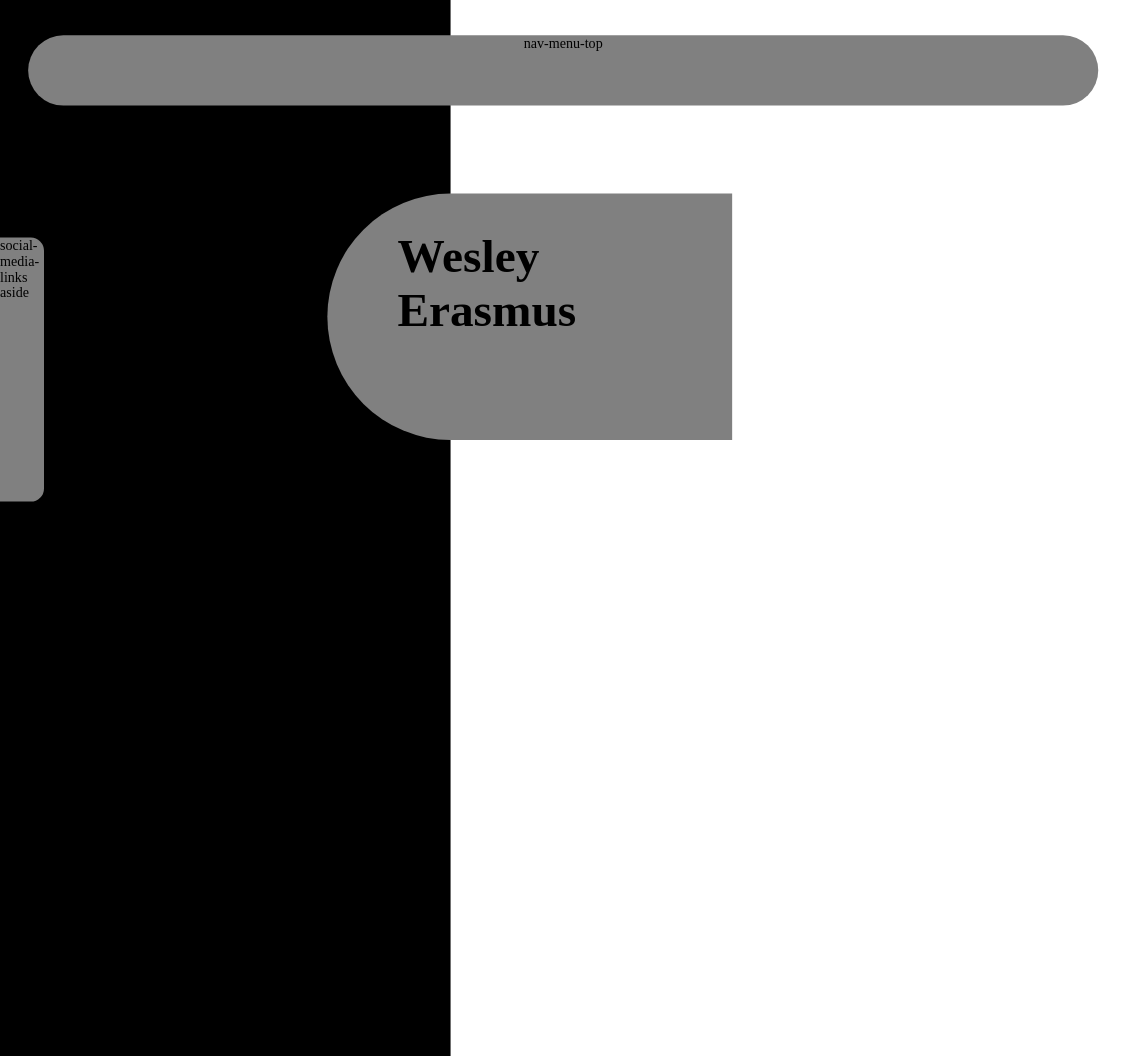
Repository: WesleyErasmus/MyDigitalResume-4
Page: index.html
These files come from the project's save history. The page is drawn as it stood at one moment and after the next save; the edit follows.
The browser window is 1280 px wide. The pictures show the whole page, at 88% of full size.

Above is the page before, as saved 2022-02-15 20:22:00.

### index.html
<!DOCTYPE html>
<html lang="en">
<head>
    <meta charset="UTF-8">
    <meta http-equiv="X-UA-Compatible" content="IE=edge">
    <meta name="viewport" content="width=device-width, initial-scale=1.0">
    <title>Wesley Erasmus Digital Resume 4 Project</title>
    <link rel="stylesheet" href="stylesheet.css">
</head>
<body>
    <!-- Landing page -->
    <header class="nav-menu-top">
        <!-- Name / Logo (jumbotron) / download CV / etc -->
        <p>nav-menu-top</p>
    </header>

    <aside class="self-portrait">
        <!-- creative image of myself -->
        <p>aside with large portrait image of myself</p>
    </aside>
    <nav class="social-media-links">
        <!-- side social media icons (float left / column direction) -->
        <p>social-media-links aside</p>
    </nav>
    <article>

        <h1 id="name">
            <span>
                Wesley
                <br>
                Erasmus
            </span>
        </h1>

        <!-- <span id="name">
            <h1>Wesley</h1>
            <h1>Erasmus</h1>
        </span> -->


        <!-- main bio; FED student / link to 2nd html page with CV content -->
        <div class="about-me">
            <p>about me</p>
        </div>
        <button class="next-page">
            next-page button
        </button>
    </article>


</body>
</html>

### stylesheet.css
* {
    margin: 0;
    padding: 0;
}
@media screen
  and (min-device-width: 1200px)
  and (max-device-width: 1600px)
  and (-webkit-min-device-pixel-ratio: 1) {
}

body {
/* position: relative; */
}
header.nav-menu-top {
    position: relative;
    z-index: 1;
    text-align: center;
    margin: 0 auto;
    width: 95%;
    height: 80px;
    border-radius: 50px;
    margin-top: 40px;
    background-color: grey;
}
aside.self-portrait {
    background-color: black;
    position: absolute;
    /* position: fixed; */
    top: 0;
    left: 0;
    height: 1200px;
    width: 40%;
}
nav.social-media-links {
    position: relative;
    height: 300px;
    width: 50px;
    float: left;
    top: 150px;
    left: 0px;
    background-color: grey;
    border-radius: 0 15px 15px 0;
}
h1#name {
background-color: grey;
margin: 0 auto;
width: 300px;
height: 200px;
margin: 0;
position: absolute;
top: 50%;
left: 47%;
-ms-transform: translate(-50%, -50%);
transform: translate(-50%, -50%);
padding: 40px 80px 40px 80px;
font-size: 4.2vw;
border-radius:150px 0 0 150px;
}

After the next save:
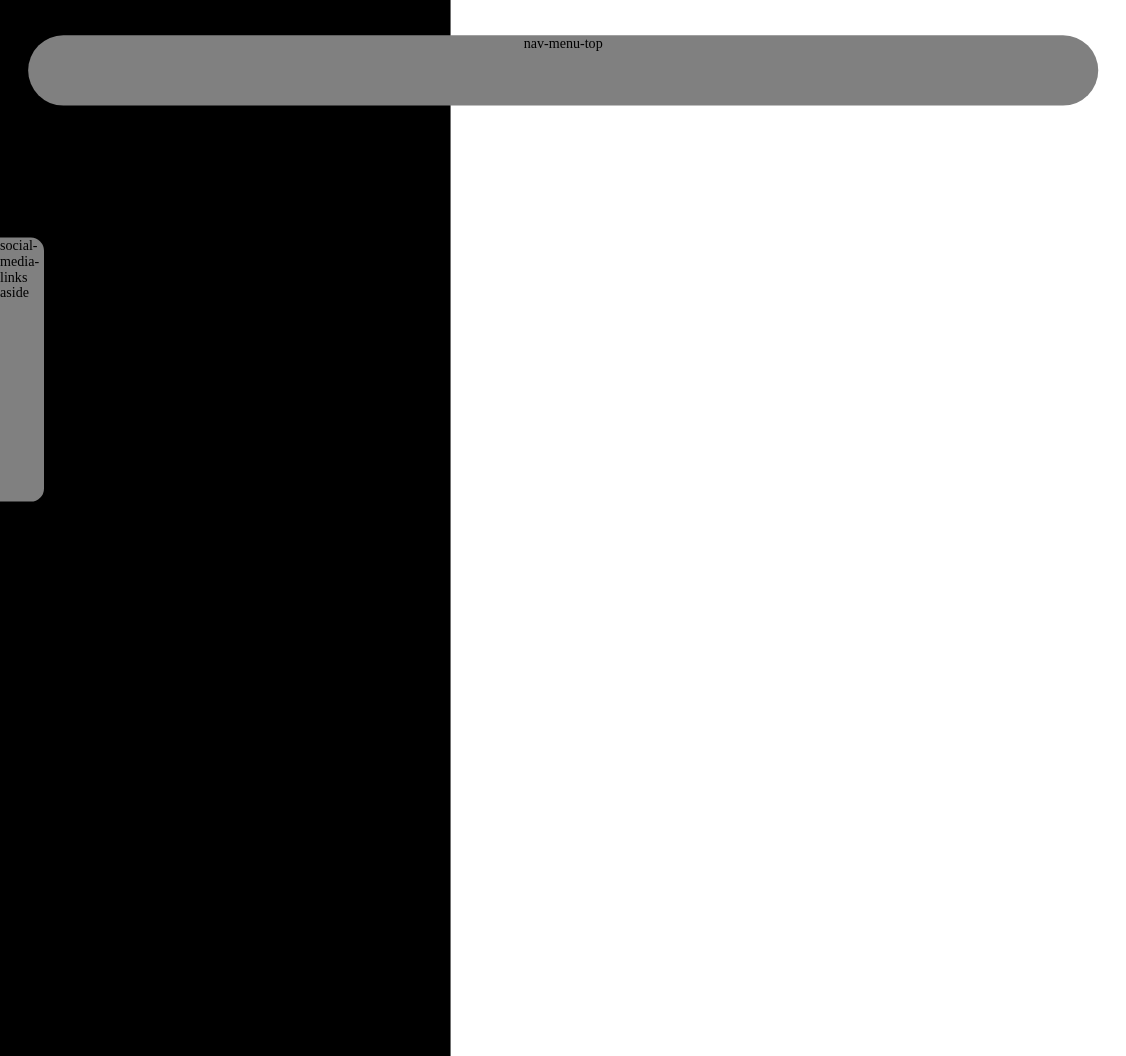
Saved 52 s later.
--- a/index.html
+++ b/index.html
@@ -24,8 +24,8 @@
     </nav>
     <article>
 
-        <h1 id="name">
-            <span>
+        <h1 class="name">
+            <span class="name">
                 Wesley
                 <br>
                 Erasmus

After the save that followed:
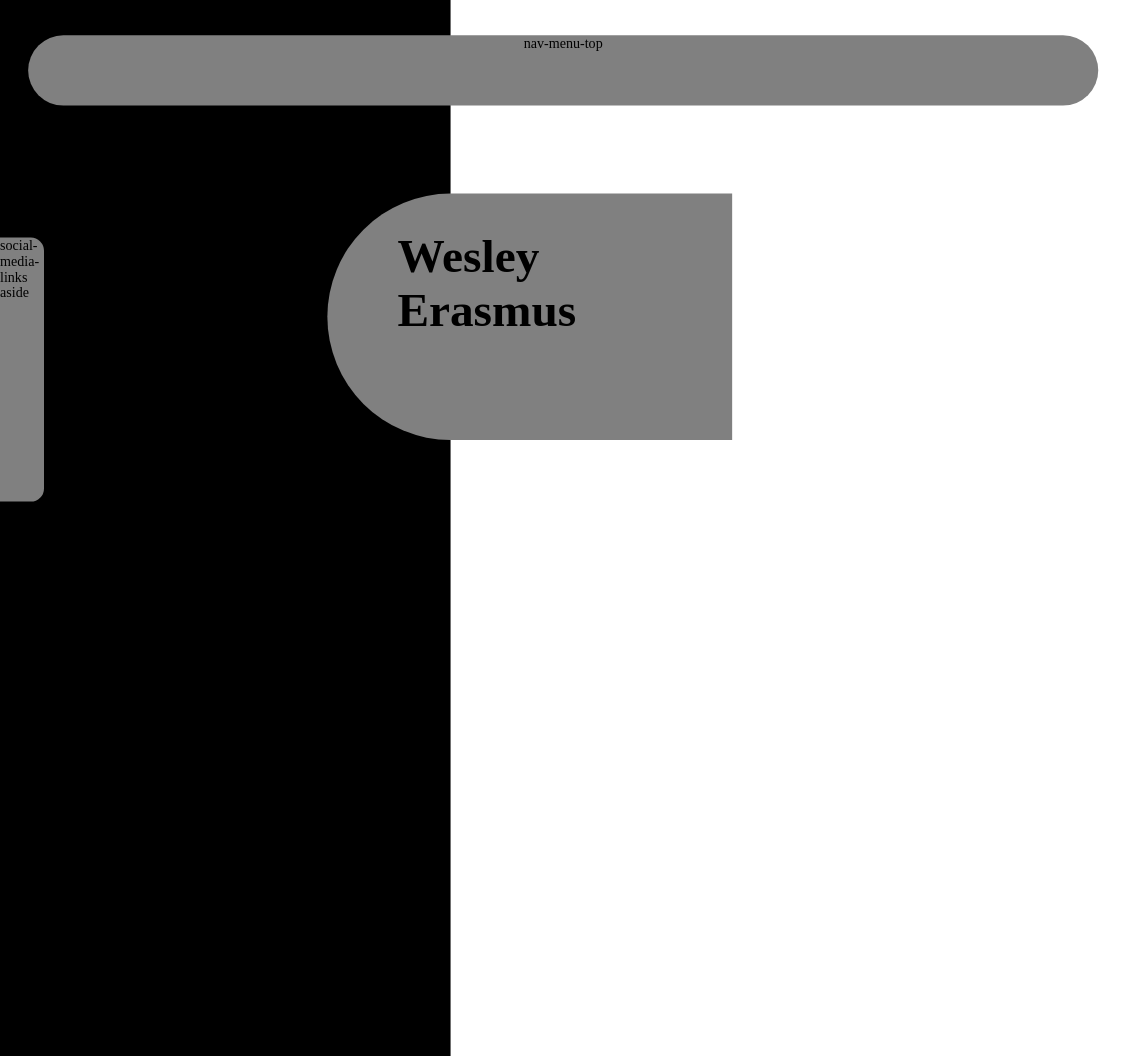
Saved 39 s later.
--- a/stylesheet.css
+++ b/stylesheet.css
@@ -41,7 +41,7 @@ nav.social-media-links {
     background-color: grey;
     border-radius: 0 15px 15px 0;
 }
-h1#name {
+h1.name {
 background-color: grey;
 margin: 0 auto;
 width: 300px;
